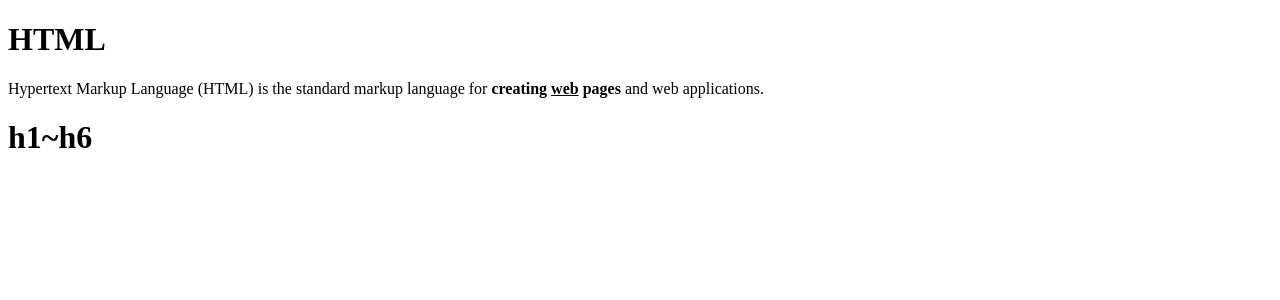
Repository: winterer4/Web-1
Page: HTML5/1.html
An editor plug-in stored every save of this project. The page is shown before and after the next save, followed by the edit.
The browser window is 1280 px wide. The pictures show the whole page.

Above is the page before, as saved 2018-10-25 06:21:46.

### HTML5/1.html
<!DOCTYPE html>
<html>
<head>
<meta charset="UTF-8">
<title>Insert title here</title>
</head>
<body>
<h1>HTML</h1>
Hypertext Markup Language (HTML) is the standard markup language for <strong>creating <u>web</u> pages</strong> and web applications.
</body>

<h1>h1~h6 </h1>

</html>

After the next save:
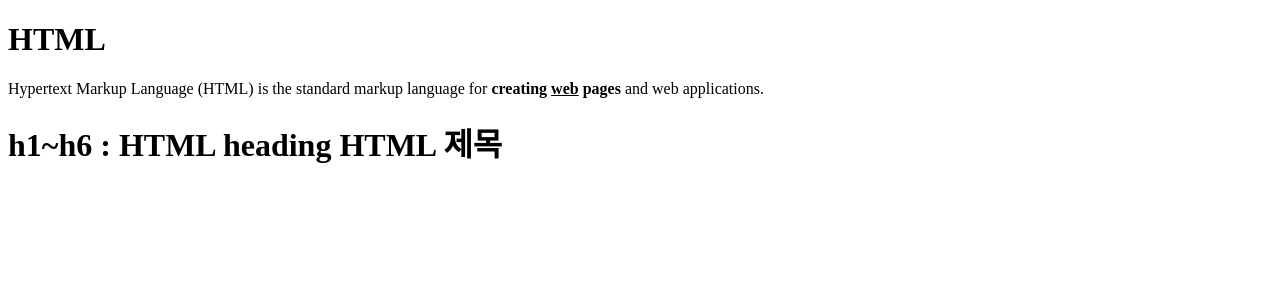
Saved 34 s later.
--- a/HTML5/1.html
+++ b/HTML5/1.html
@@ -9,6 +9,6 @@
 Hypertext Markup Language (HTML) is the standard markup language for <strong>creating <u>web</u> pages</strong> and web applications.
 </body>
 
-<h1>h1~h6 </h1>
+<h1>h1~h6 : HTML heading HTML 제목 </h1>
 
 </html>
